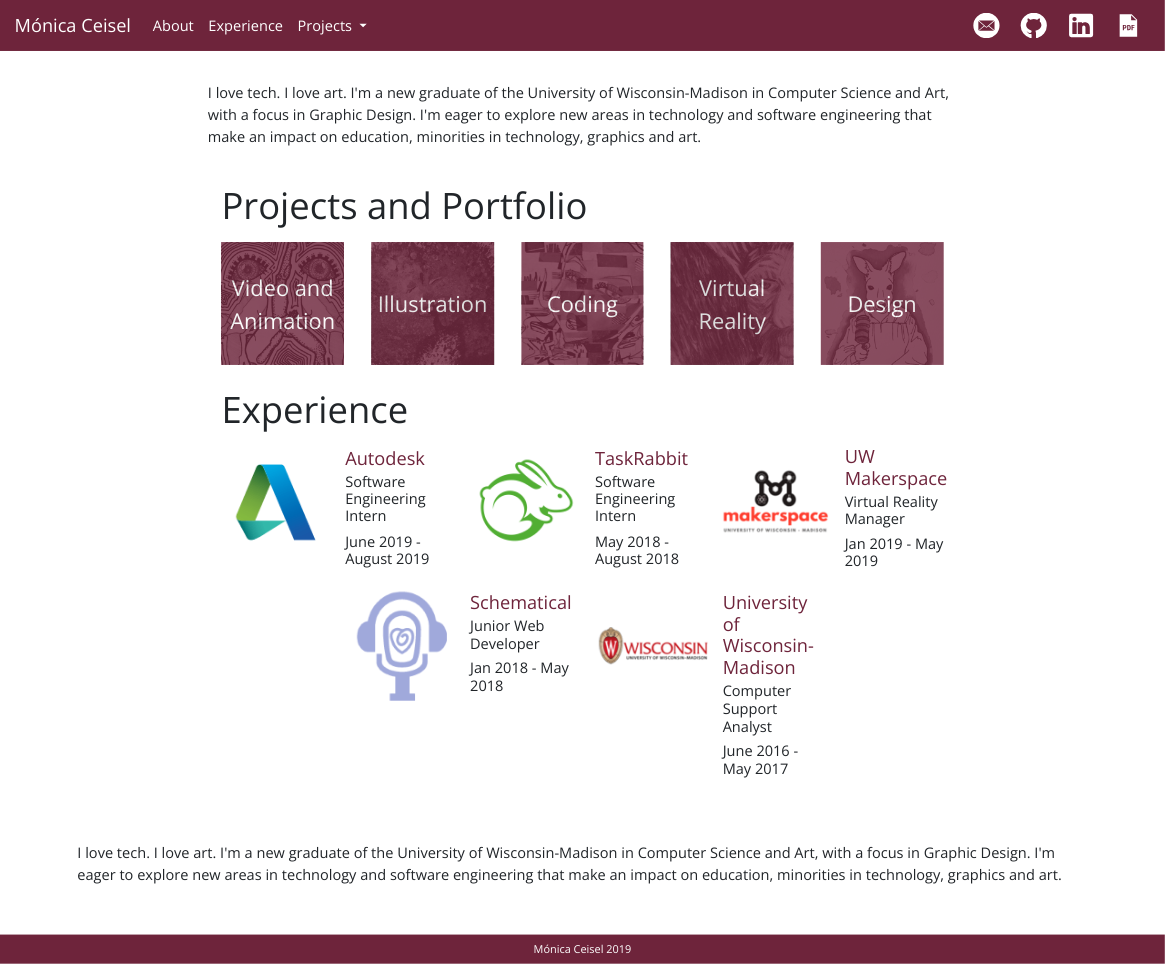
Repository: ceiselm/ceiselm.github.io
Page: index.html
These files come from the project's save history. The page is drawn as it stood at one moment and after the next save; the edit follows.
The browser window is 1280 px wide. The pictures show the whole page, at 91% of full size.

Above is the page before, as saved 2019-08-07 23:21:49.

After the next save:
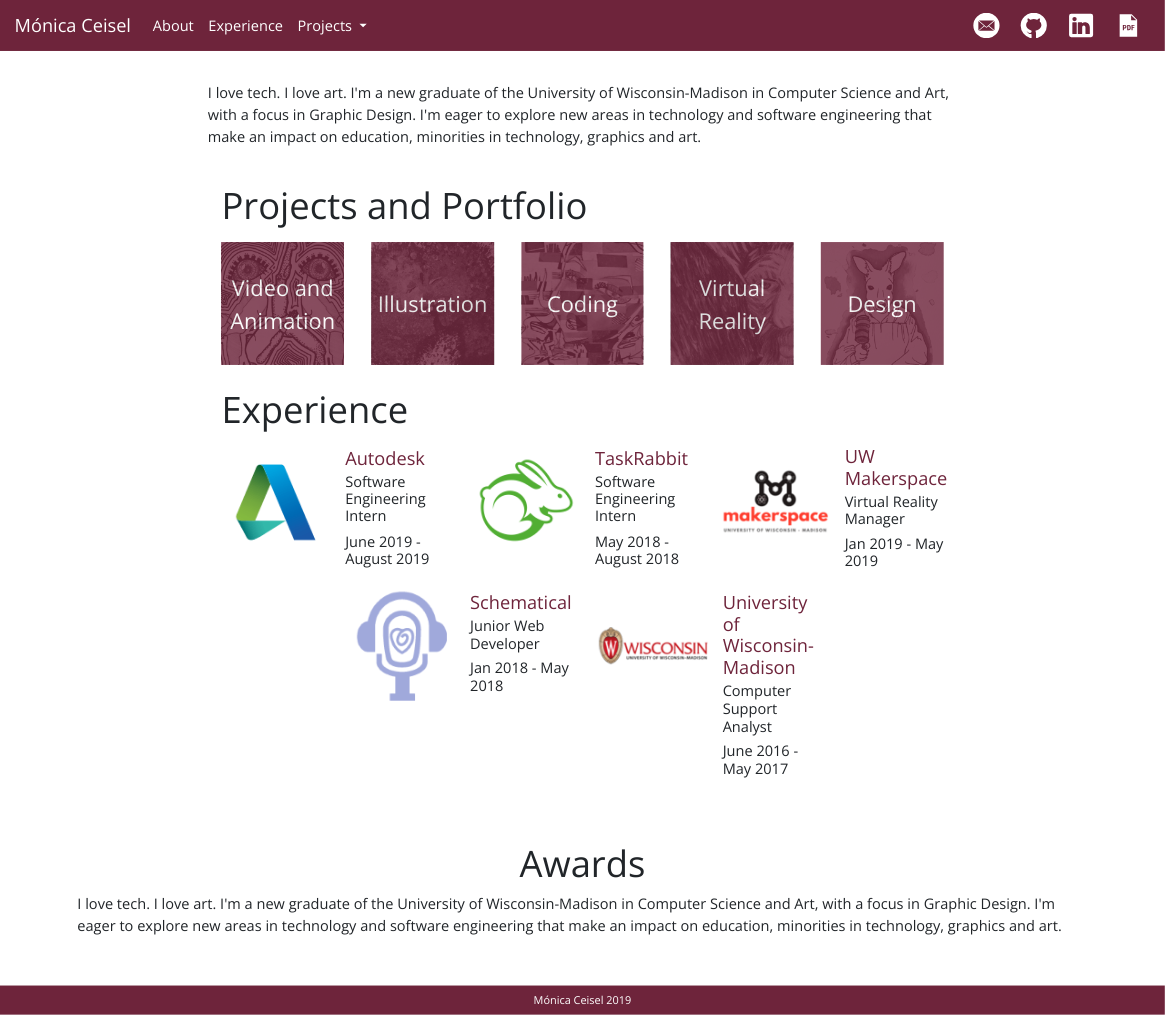
Saved 52 s later.
--- a/index.html
+++ b/index.html
@@ -283,7 +283,7 @@
                 <div class="container">
                   <div class="row">
                     <div class="col-12">
-                      <!-- <h1 id="startAbout">About</h1> -->
+                      <h1 id="startAbout">Awards</h1>
                       <div class="container">
                         <div class="row justify-content-center">
                           <!-- <div class="col col-md-8"> -->
